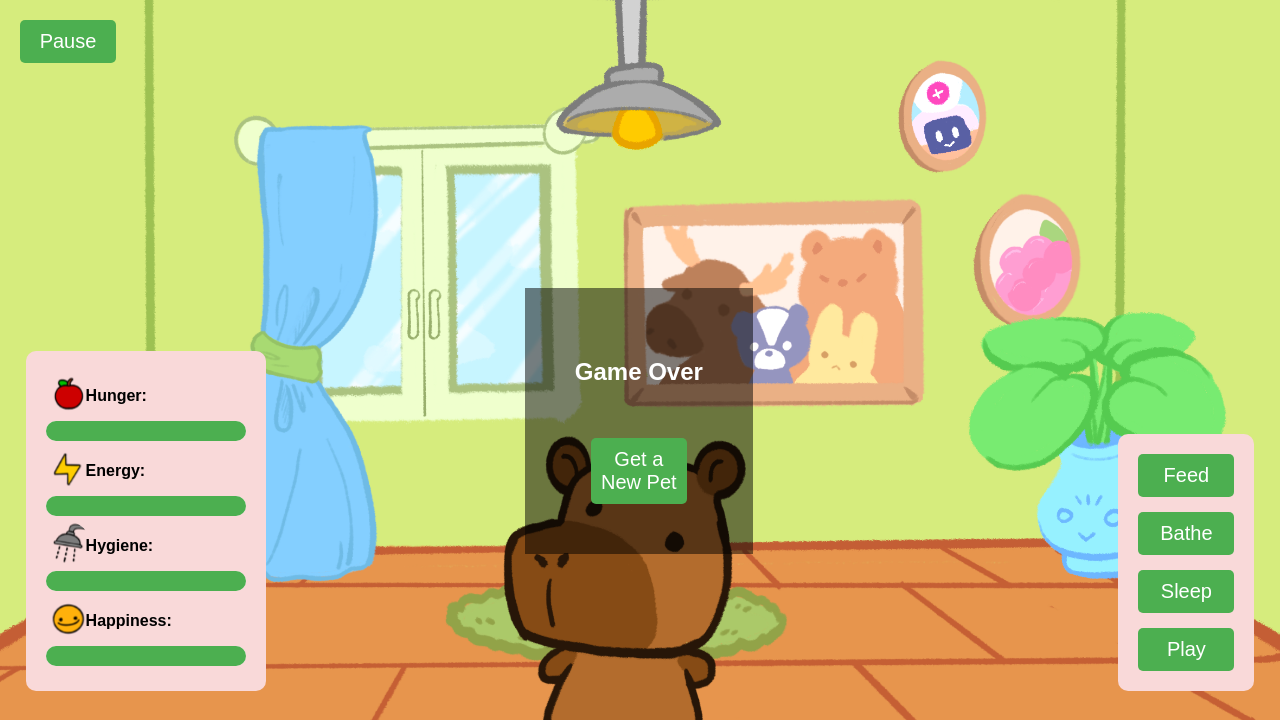
Repository: sarahjx/CapyCare
Page: html/index.html
The author's editor kept a copy of each file at every save. The page is drawn from the files as they stood at one save, then again after the next save.
The browser window is 1280 px wide. The pictures show the whole page.
Some web fonts or font styles are not loaded; a fallback is used.

Above is the page before, as saved 2025-05-01 14:50:12.
Console error: TypeError: Cannot set properties of null (setting 'innerText')

### html/index.html
<!-- @format -->

<!DOCTYPE html>
<html lang="en">
  <head>
    <meta charset="UTF-8" />
    <meta name="viewport" content="width=device-width, initial-scale=1.0" />
    <title>Virtual Pet Game</title>
    <link rel="preconnect" href="https://fonts.googleapis.com">
    <link rel="preconnect" href="https://fonts.gstatic.com" crossorigin>
    <link href="https://fonts.googleapis.com/css2?family=McLaren&display=swap" rel="stylesheet">
    <link rel="stylesheet" href="../css/statusbar.css" />
  </head>
  <body>

    <div class="pet-container">
      <img class="pet-image" src="../images/capybara.png" alt="capybara" />
    </div>

    <div class="status-bar-container">

      <div class="status-bar">
        <div class="status-icon-container">
        <span class="hunger-icon"><img src="../images/hunger.svg" alt="hunger icon"></span>
        <span class="status-label">Hunger:</span>
        </div>
        <div class="status-progress">
          <div id="hunger-fill" class="status-fill"></div>
        </div>
        <div id="hunger-warning" class="warning"></div>
      </div>

      <div class="status-bar">
        <div class="status-icon-container">
        <span class="energy-icon"><img src="../images/energy.svg" alt="energy icon"></span>
        <span class="status-label">Energy:</span>
        </div>
        <div class="status-progress">
          <div id="energy-fill" class="status-fill"></div>
        </div>
        <div id="energy-warning" class="warning"></div>
      </div>

      <div class="status-bar">
        <div class="status-icon-container">
        <span class="hygiene-icon"><img src="../images/hygiene.svg" alt="hygiene icon"></span>
        <span class="status-label">Hygiene:</span>
        </div>
        <div class="status-progress">
          <div id="hygiene-fill" class="status-fill"></div>
        </div>
        <div id="hygiene-warning" class="warning"></div>
      </div>

      <div class="status-bar">
        <div class="status-icon-container">
        <span class="happiness-icon"><img src="../images/happiness.svg" alt="hygiene icon"></span>
        <span class="status-label">Happiness:</span>
        </div>
        <div class="status-progress">
          <div id="happiness-fill" class="status-fill"></div>
        </div>
        <div id="happiness-warning" class="warning"></div>
      </div>
    </div>

      <div class="action-buttons">
        <button onclick="feedPet(currentPet)">Feed</button>
        <button onclick="bathePet(currentPet)">Bathe</button>
        <button onclick="bedtime(currentPet)">Sleep</button>
        <button onclick="touchPet(currentPet)">Play</button>
      </div>
      <button id="pauseButton" onclick="togglePause()" class="pause-button">
        Pause
      </button>
    </div>

    <div id="gameOverScreen" class="game-over-screen">
      <div class="game-over-content">
        <h2>Game Over</h2>
        <p id="gameOverMessage"></p>
        <button onclick="resetGame()">Get a New Pet</button>
      </div>
    </div>

    <script src="../backend/status.js"></script>
  </body>
</html>

### css/statusbar.css
/** @format */

:root {
  --primary-color: #f9d9d9;
  --secondary-color: #d9e7f9;
  --tertiary-color: #fff1fb;
  --accent-color: #f7efd7;
  --text-color: #333;
  --spacing-xs: 0.5rem;
  --spacing-sm: 0.75rem;
  --spacing-md: 1rem;
  --spacing-lg: 1.5rem;
  --spacing-xl: 2rem;
  --spacing-xxl: 3rem;
  --font-family: "McLaren", sans-serif;
  --font-size-xs: 0.75rem;
  --font-size-sm: 0.875rem;
  --font-size-md: 1rem;
  --font-size-lg: 1.125rem;
  --font-size-xl: 1.25rem;
  --font-size-xxl: 1.5rem;
}

body {
  font-family: var(--font-family);
  margin: 0 auto;
  padding: 20px;
  background-image: url("../images/room.png");
  background-size: cover;
  background-repeat: no-repeat;
  background-attachment: fixed;
  background-position: center;
}

.pet-container {
  display: flex;
  flex-direction: column;
  align-items: center;
  justify-content: center;
}

.pet-image {
  transform: scale(0.3);
  position: fixed;
  margin-top: 1200px;
}

.status-bar-container {
  position: fixed;
  background-color: var(--primary-color);
  padding: 20px;
  border-radius: 10px;
  display: inline-flex;
  flex-direction: column;
  bottom: 4%;
  left: 2%;
}

.status-icon-container {
  display: flex;
  align-items: center;
  margin-bottom: 0;
}

.hunger-icon,
.energy-icon,
.happiness-icon,
.hygiene-icon {
  width: 10px;
  height: auto;
  margin-right: 30px;
}

.status-bar {
  margin: 0;
}

.status-label {
  display: inline-block;
  width: 100px;
  font-weight: bold;
  margin: 0;
}

.status-progress {
  width: 200px;
  height: 20px;
  background-color: #ffffff;
  border-radius: 10px;
  overflow: hidden;
  position: relative;
}

.status-fill {
  height: 100%;
  width: 100%;
  position: absolute;
  left: 0;
  top: 0;
  background-color: #4caf50;
  transition: width 0.3s ease;
}

.status-row {
  display: flex;
  align-items: center;
  gap: 10px;
  margin-bottom: 10px;
}

.status-icon {
  width: 24px;
  height: 24px;
}

.status-value {
  min-width: 50px;
  text-align: right;
  font-weight: bold;
  color: #333;
}

.action-buttons {
  margin-top: 20px;
  display: inline-flex;
  flex-direction: column;
  padding: 20px;
  border-radius: 10px;
  gap: 15px;
  background-color: var(--primary-color);
  position: fixed;
  right: 2%;
  bottom: 4%;
}

button {
  padding: 10px;
  border: none;
  border-radius: 5px;
  background-color: #4caf50;
  color: white;
  cursor: pointer;
  transition: background-color 0.3s;
  width: 6rem;
  font-family: var(--font-family);
  font-weight: 7pt;
  font-size: var(--font-size-xl);
}

button:hover {
  background-color: #45a049;
}

.warning {
  color: #ff9800;
  font-weight: bold;
  margin-top: 5px;
}

.critical {
  color: #f44336;
  font-weight: bold;
  margin-top: 5px;
}

.hidden {
  display: none;
}

.game-over-content {
  /* display: none; */
  position: fixed;
  display: flex;
  flex-direction: column;
  justify-content: center;
  align-items: center;
  left: 41%;
  top: 40%;
  padding: 50px;
  margin: 0;
  background-color: rgba(0, 0, 0, 0.5);
  color: white;

}

### backend/status.js
/** @format */

function Personality(favFood, active, clean, clingy, foodLover, introText) {
  this.favFood = favFood;
  this.active = active;
  this.clean = clean;
  this.clingy = clingy;
  this.foodLover = foodLover;
  this.intro = introText;
}

const mix1 = new Personality(
  "Sunfruit",
  true,
  true,
  true,
  true,
  "This pet is energetic and playful, always ready to explore or play. They love the taste of Sunfruit and will happily eat it when offered, but they'll need constant attention, so expect lots of petting and cuddling. Despite their active nature, they stay clean and are easy to bathe. This pet loves affection and will return it in kind!"
);
const mix2 = new Personality(
  "Snakberry",
  true,
  true,
  false,
  true,
  "This pet is full of energy and loves to make the most of their days. They are particularly fond of Snakberries, which they will devour happily, but they tend to get hungry more often due to their high energy levels. Despite their active nature, they keep themselves clean and are easy to bathe. They're not overly clingy, so while they'll happily spend time with you, they won't be demanding affection constantly."
);
const mix3 = new Personality(
  "Dreamleaf",
  false,
  false,
  true,
  false,
  "This pet is laid-back and enjoys spending time with you, always seeking your company. They love Dreamleaf as a treat, but they're not particularly food-driven and don't get hungry as often. While they may get a little dirty from time to time, they tend to move around when you try to bathe them. Expect them to seek out your attention frequently, and be ready to shower them with love when they come to you for pets."
);

const personalities = [mix1, mix2, mix3];

// Global variables
let currentPet = null;
let hunger = 100;
let energy = 100;
let hygiene = 100;
let happiness = 100;
let isGameOver = false;
let isPaused = false;

// Store interval IDs globally
let hungerInterval = null;
let energyInterval = null;
let hygieneInterval = null;
let happinessInterval = null;

// Initialize the game
function initializeGame() {
  currentPet = getRandomPersonality();
  hunger = 100;
  energy = 100;
  hygiene = 100;
  happiness = 100;
  updateStatusBars();
  updateIntervals();
}

function getRandomPersonality() {
  const randomIndex = Math.floor(Math.random() * personalities.length);
  currentPet = personalities[randomIndex];
  console.log("New pet initialized:", currentPet.intro);
  return currentPet;
}

// Personality-based status decrease functions
function decreaseHunger() {
  if (!currentPet || isGameOver) return;
  const decreaseAmount = currentPet.foodLover ? 15 : 10;
  hunger = Math.max(0, hunger - decreaseAmount);
  updateStatusBars();
  if (hunger === 0 && checkGameOver()) return;
}

function decreaseEnergy() {
  if (!currentPet || isGameOver) return;
  const decreaseAmount = currentPet.active ? 15 : 10;
  energy = Math.max(0, energy - decreaseAmount);
  updateStatusBars();
  if (energy === 0 && checkGameOver()) return;
}

function decreaseHygiene() {
  if (!currentPet || isGameOver) return;
  const decreaseAmount = currentPet.clean ? 8 : 12;
  hygiene = Math.max(0, hygiene - decreaseAmount);
  updateStatusBars();
  if (hygiene === 0 && checkGameOver()) return;
}

function decreaseHappiness() {
  if (!currentPet || isGameOver) return;
  const decreaseAmount = currentPet.clingy ? 15 : 10;
  happiness = Math.max(0, happiness - decreaseAmount);
  updateStatusBars();
  if (happiness === 0 && checkGameOver()) return;
}

// Update intervals with personality-based timing
function updateIntervals() {
  // Clear any existing intervals
  if (hungerInterval) clearInterval(hungerInterval);
  if (energyInterval) clearInterval(energyInterval);
  if (hygieneInterval) clearInterval(hygieneInterval);
  if (happinessInterval) clearInterval(happinessInterval);

  // Set new intervals based on personality
  hungerInterval = setInterval(
    () => {
      decreaseHunger();
      warning();
    },
    currentPet.foodLover ? 6000 : 8000
  );

  energyInterval = setInterval(
    () => {
      decreaseEnergy();
      warning();
    },
    currentPet.active ? 8000 : 12000
  );

  hygieneInterval = setInterval(
    () => {
      decreaseHygiene();
      warning();
    },
    currentPet.clean ? 18000 : 15000
  );

  happinessInterval = setInterval(
    () => {
      decreaseHappiness();
      warning();
    },
    currentPet.clingy ? 8000 : 10000
  );

  console.log("Intervals updated for pet:", currentPet.intro);
}

// Pause game function
function pauseGame() {
  if (hungerInterval) clearInterval(hungerInterval);
  if (energyInterval) clearInterval(energyInterval);
  if (hygieneInterval) clearInterval(hygieneInterval);
  if (happinessInterval) clearInterval(happinessInterval);
  console.log("Game paused");
}

// Resume game function
function resumeGame() {
  updateIntervals();
  console.log("Game resumed");
}

function touchPet(personality) {
  if (personality.clingy) {
    gainStatus("happiness");
    console.log("Your pet loves the attention!");
  } else {
    loseStatus("happiness");
    console.log("Your pet prefers their space.");
  }
}

function feedPet(personality) {
  gainStatus("hunger"); // Always increase hunger
  if (personality.foodLover) {
    gainStatus("happiness");
    console.log("Your pet loves the food!");
  } else {
    loseStatus("happiness");
    console.log("Your pet isn't very interested in food.");
  }
}

function bathePet(personality) {
  gainStatus("hygiene"); // Always increase hygiene
  if (personality.clean) {
    gainStatus("happiness");
    console.log("Your pet enjoys being clean!");
  } else {
    loseStatus("happiness");
    console.log("Your pet doesn't like baths.");
  }
}

function bedtime(personality) {
  const petImage = document.querySelector(".pet-image");
  if (petImage) {
    // Store the current image to return to
    const currentImage = petImage.src;

    // Show sleeping animation
    petImage.src = "../images/Sleep.PNG";

    // After 3 seconds, restore the previous state
    setTimeout(() => {
      updatePetImage();
    }, 3000);
  }

  gainStatus("energy"); // Always increase energy
  if (personality.active) {
    loseStatus("happiness");
    console.log("Your pet is too energetic to sleep!");
  } else {
    gainStatus("happiness");
    console.log("Your pet enjoys resting.");
  }
}

function gainStatus(category) {
  switch (category) {
    case "hunger":
      if (hunger >= 100) {
        console.log("Hunger is full!");
      } else if (hunger < 100) {
        hunger += 10;
        console.log("Hunger: " + hunger);
      }
      break;
    case "energy":
      if (energy >= 100) {
        console.log("Energy is full!");
      } else if (energy < 100) {
        energy += 10;
        console.log("Energy: " + energy);
      }
      break;
    case "hygiene":
      if (hygiene >= 100) {
        console.log("Hygiene is full!");
      } else if (hygiene < 100) {
        hygiene += 10;
        console.log("Hygiene: " + hygiene);
      }
      break;
    case "happiness":
      if (happiness >= 100) {
        console.log("Happiness is full!");
      } else if (happiness < 100) {
        happiness += 10;
        console.log("Happiness: " + happiness);
      }
      break;
    default:
      console.log("Invalid category");
  }
}

function loseStatus(category) {
  switch (category) {
    case "hunger":
      if (hunger <= 0) {
        console.log("Hunger is empty!");
        hunger = 0;
      } else if (hunger > 0) {
        hunger -= 10;
        console.log("Hunger: " + hunger);
      }
      break;
    case "energy":
      if (energy <= 0) {
        console.log("Energy is empty!");
        energy = 0;
      } else if (energy > 0) {
        energy -= 10;
        console.log("Energy: " + energy);
      }
      break;
    case "hygiene":
      if (hygiene <= 0) {
        console.log("Hygiene is empty!");
        hygiene = 0;
      } else if (hygiene > 0) {
        hygiene -= 10;
        console.log("Hygiene: " + hygiene);
      }
      break;
    case "happiness":
      if (happiness <= 0) {
        console.log("Happiness is empty!");
        happiness = 0;
      } else if (happiness > 0) {
        happiness -= 3;
        console.log("Happiness: " + happiness);
      }
      break;
    default:
      console.log("Invalid category");
  }
}

function warning() {
  // Hunger warnings
  if (hunger <= 50 && hunger > 20) {
    document.getElementById("hunger-warning").textContent =
      "Your pet is getting hungry!";
    document.getElementById("hunger-warning").className = "warning";
  } else if (hunger <= 20 && hunger > 0) {
    document.getElementById("hunger-warning").textContent =
      "Your pet is starving!";
    document.getElementById("hunger-warning").className = "critical";
  } else {
    document.getElementById("hunger-warning").textContent = "";
  }

  // Energy warnings
  if (energy <= 50 && energy > 20) {
    document.getElementById("energy-warning").textContent =
      "Your pet is getting tired!";
    document.getElementById("energy-warning").className = "warning";
  } else if (energy <= 20 && energy > 0) {
    document.getElementById("energy-warning").textContent =
      "Your pet is exhausted!";
    document.getElementById("energy-warning").className = "critical";
  } else {
    document.getElementById("energy-warning").textContent = "";
  }

  // Hygiene warnings
  if (hygiene <= 50 && hygiene > 20) {
    document.getElementById("hygiene-warning").textContent =
      "Your pet needs a bath!";
    document.getElementById("hygiene-warning").className = "warning";
  } else if (hygiene <= 20 && hygiene > 0) {
    document.getElementById("hygiene-warning").textContent =
      "Your pet is filthy!";
    document.getElementById("hygiene-warning").className = "critical";
  } else {
    document.getElementById("hygiene-warning").textContent = "";
  }

  // Happiness warnings
  if (happiness <= 50 && happiness > 20) {
    document.getElementById("happiness-warning").textContent =
      "Your pet is getting sad!";
    document.getElementById("happiness-warning").className = "warning";
  } else if (happiness <= 20 && happiness > 0) {
    document.getElementById("happiness-warning").textContent =
      "Your pet is depressed!";
    document.getElementById("happiness-warning").className = "critical";
  } else {
    document.getElementById("happiness-warning").textContent = "";
  }
}

function checkGameOver() {
  if (hunger <= 0 || energy <= 0 || hygiene <= 0 || happiness <= 0) {
    isGameOver = true;
    pauseGame();
    showGameOver();
    return true;
  }
  return false;
}

function showGameOver() {
  let reason = "";
  if (hunger <= 0) reason = "Your pet starved to death!";
  else if (energy <= 0) reason = "Your pet died from exhaustion!";
  else if (hygiene <= 0) reason = "Your pet died from poor hygiene!";
  else if (happiness <= 0) reason = "Your pet died from sadness!";

  console.log("GAME OVER: " + reason);
  document.getElementById("gameOverMessage").textContent = reason;
  document.getElementById("gameOverScreen").style.display = "flex";
}

function resetGame() {
  isGameOver = false;
  hunger = 100;
  energy = 100;
  hygiene = 100;
  happiness = 100;
  document.getElementById("gameOverScreen").style.display = "none";
  currentPet = getRandomPersonality();
  updateStatusBars();
  updateIntervals();
}

function togglePause() {
  isPaused = !isPaused;
  const pauseButton = document.getElementById("pauseButton");
  const buttons = document.querySelectorAll(
    ".buttons button:not(#pauseButton)"
  );

  if (isPaused) {
    pauseButton.textContent = "Resume";
    pauseButton.classList.add("paused");
    buttons.forEach((button) => (button.disabled = true));
    pauseGame();
  } else {
    pauseButton.textContent = "Pause";
    pauseButton.classList.remove("paused");
    buttons.forEach((button) => (button.disabled = false));
    resumeGame();
  }
}

// Update status bars
function updateStatusBars() {
  // Update the width of each status bar
  document.getElementById("hunger-fill").style.width = hunger + "%";
  document.getElementById("energy-fill").style.width = energy + "%";
  document.getElementById("happiness-fill").style.width = happiness + "%";
  document.getElementById("hygiene-fill").style.width = hygiene + "%";

  // Update pet image based on status
  updatePetImage();
}

// Override console.log to update UI
const originalConsoleLog = console.log;
console.log = function () {
  originalConsoleLog.apply(console, arguments);
  updateStatusBars();
};

// Simple toggle function
function toggleActions() {
  document.getElementById("action-buttons-column").classList.toggle("hidden");
  document.getElementById("toggle-button").classList.toggle("hidden");
}

// Initialize the game when the page loads
window.addEventListener("load", function () {
  initializeGame();
  // Update status bars every second
  setInterval(updateStatusBars, 1000);
});

// stopwatch

let [hours, minutes, seconds] = [0, 0, 0];
let timer = null;

function updateDisplay() {
  document.getElementById("display").innerText =
    `${String(hours).padStart(2, "0")}:` +
    `${String(minutes).padStart(2, "0")}:` +
    `${String(seconds).padStart(2, "0")}`;
}

function stopwatch() {
  seconds++;
  if (seconds === 60) {
    seconds = 0;
    minutes++;
    if (minutes === 60) {
      minutes = 0;
      hours++;
    }
  }
  updateDisplay();
}

function start() {
  if (timer !== null) return;
  timer = setInterval(stopwatch, 1000);
}

function stop() {
  clearInterval(timer);
  timer = null;
}

function reset() {
  stop();
  [hours, minutes, seconds] = [0, 0, 0];
  updateDisplay();
}

updateDisplay();

function updatePetImage() {
  const petImage = document.querySelector(".pet-image");
  if (!petImage) return;

  // Check if any status is 0 (dead)
  if (hunger <= 0 || energy <= 0 || hygiene <= 0 || happiness <= 0) {
    petImage.src = "../images/Fuckingdead.PNG";
    return;
  }

  // Check for multiple states
  if (hunger <= 60 && hygiene <= 60 && energy <= 60) {
    petImage.src = "../images/Dirty:Hungry:Tired.PNG";
  } else if (hunger <= 60 && hygiene <= 60) {
    petImage.src = "../images/Dirty:hungry.PNG";
  } else if (hunger <= 60 && energy <= 60) {
    petImage.src = "../images/Hungry:Tired.PNG";
  } else if (hygiene <= 60 && energy <= 60) {
    petImage.src = "../images/Dirty:Tired.PNG";
  } else if (energy <= 60) {
    petImage.src = "../images/Sleepy.PNG";
  } else if (hunger <= 60) {
    petImage.src = "../images/Hungry.PNG";
  } else if (hygiene <= 60) {
    petImage.src = "../images/Dirty.PNG";
  } else {
    petImage.src = "../images/Idle.PNG";
  }
}

After the next save:
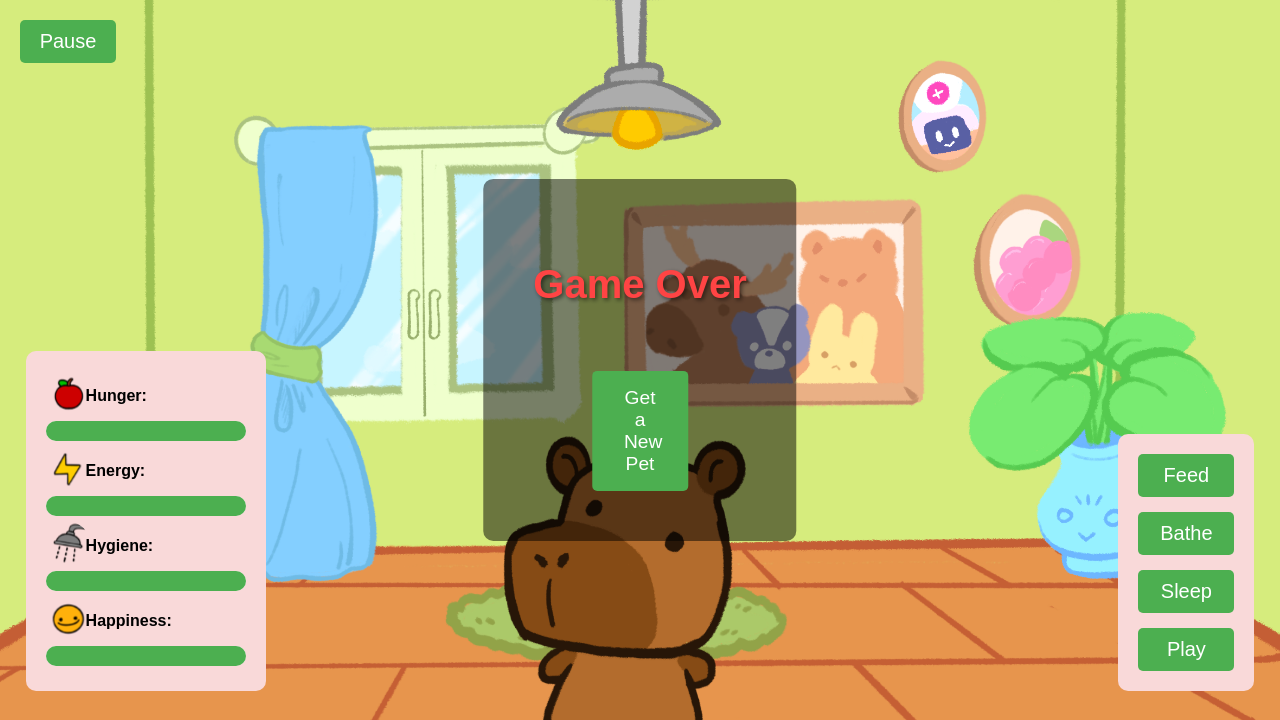
Saved 65 s later.
--- a/css/statusbar.css
+++ b/css/statusbar.css
@@ -167,18 +167,52 @@ button:hover {
   display: none;
 }
 
+.game-over-overlay {
+  position: fixed;
+  top: 0;
+  left: 0;
+  width: 100%;
+  height: 100%;
+  background-color: rgba(0, 0, 0, 0.2);
+  display: none;
+  z-index: 1000;
+}
+
 .game-over-content {
-  /* display: none; */
   position: fixed;
   display: flex;
   flex-direction: column;
   justify-content: center;
   align-items: center;
-  left: 41%;
-  top: 40%;
+  left: 50%;
+  top: 50%;
+  transform: translate(-50%, -50%);
   padding: 50px;
-  margin: 0;
   background-color: rgba(0, 0, 0, 0.5);
   color: white;
-
-}
+  border-radius: 10px;
+  z-index: 1001;
+}
+
+.game-over-content h2 {
+  color: #ff4444;
+  font-size: 2.5rem;
+  text-align: center;
+  margin-bottom: 2rem;
+  text-shadow: 2px 2px 4px rgba(0, 0, 0, 0.5);
+}
+
+.game-over-content button {
+  padding: 1rem 2rem;
+  font-size: 1.2rem;
+  background-color: #4caf50;
+  color: white;
+  border: none;
+  border-radius: 5px;
+  cursor: pointer;
+  transition: background-color 0.3s;
+}
+
+.game-over-content button:hover {
+  background-color: #45a049;
+}
